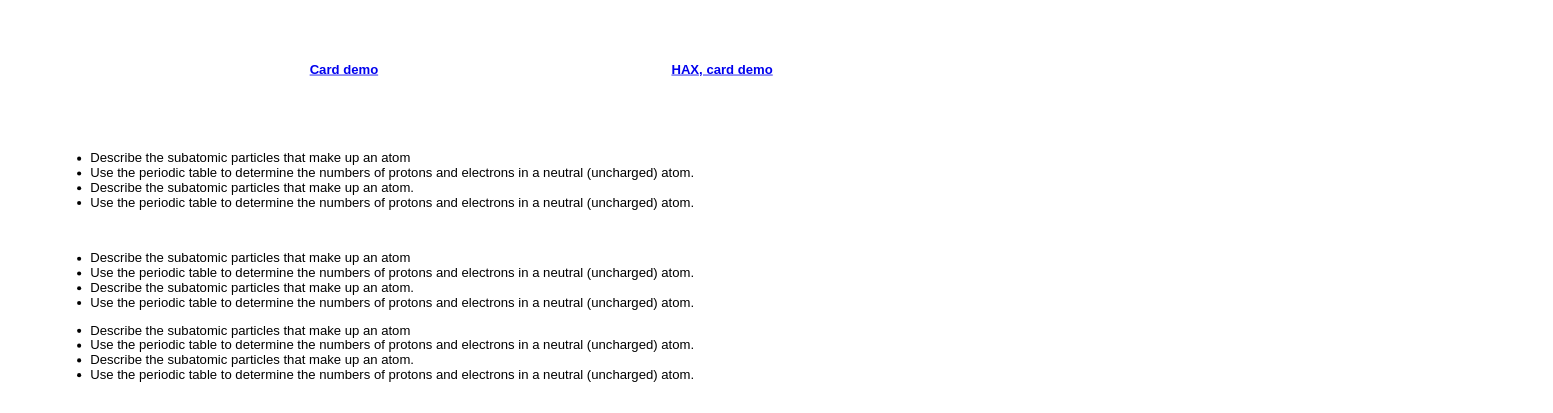
Repository: IST402/pj2temp
Page: index.html
The author's editor kept a copy of each file at every save. The page is drawn from the files as they stood at one save, then again after a run of saves.
The browser window is 1280 px wide. The page is 1894 px wide, then 1280 px, so the pictures cover 1894 px, including what lies to the right of the window. The pictures show the whole page, at 82% of full size.

Above is the page before, as saved 2021-10-31 16:27:46.
Console error: SyntaxError: Cannot use import statement outside a module

After the next 3 saves:
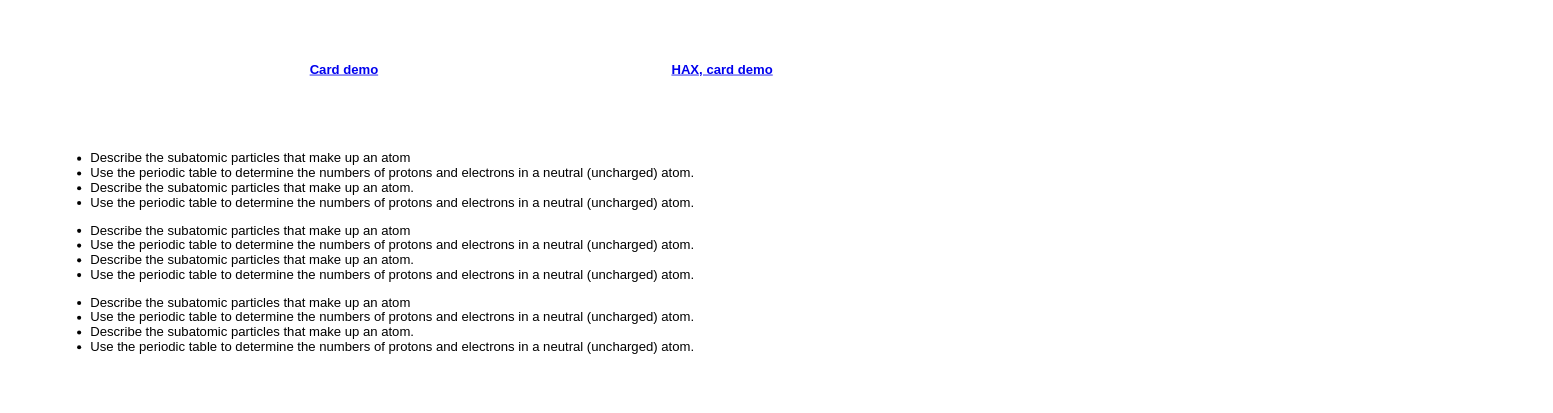
The 3 saves are shown as one change because they came seconds apart.
The last was saved 15 s later.
--- a/index.html
+++ b/index.html
@@ -65,12 +65,11 @@
             electrons in a neutral (uncharged) atom.
           </li>
         </ul>
-          <dld-btn-1></dld-btn-1>
-          <circle-button-fj
+          <!-- <circle-button-fj
               title="Help"
               description="Click here"
               link="https://quizlet.com/latest"
-          ></circle-button-fj>
+          ></circle-button-fj> -->
       </div>
     </learning-card>
     <learning-card type="math">
